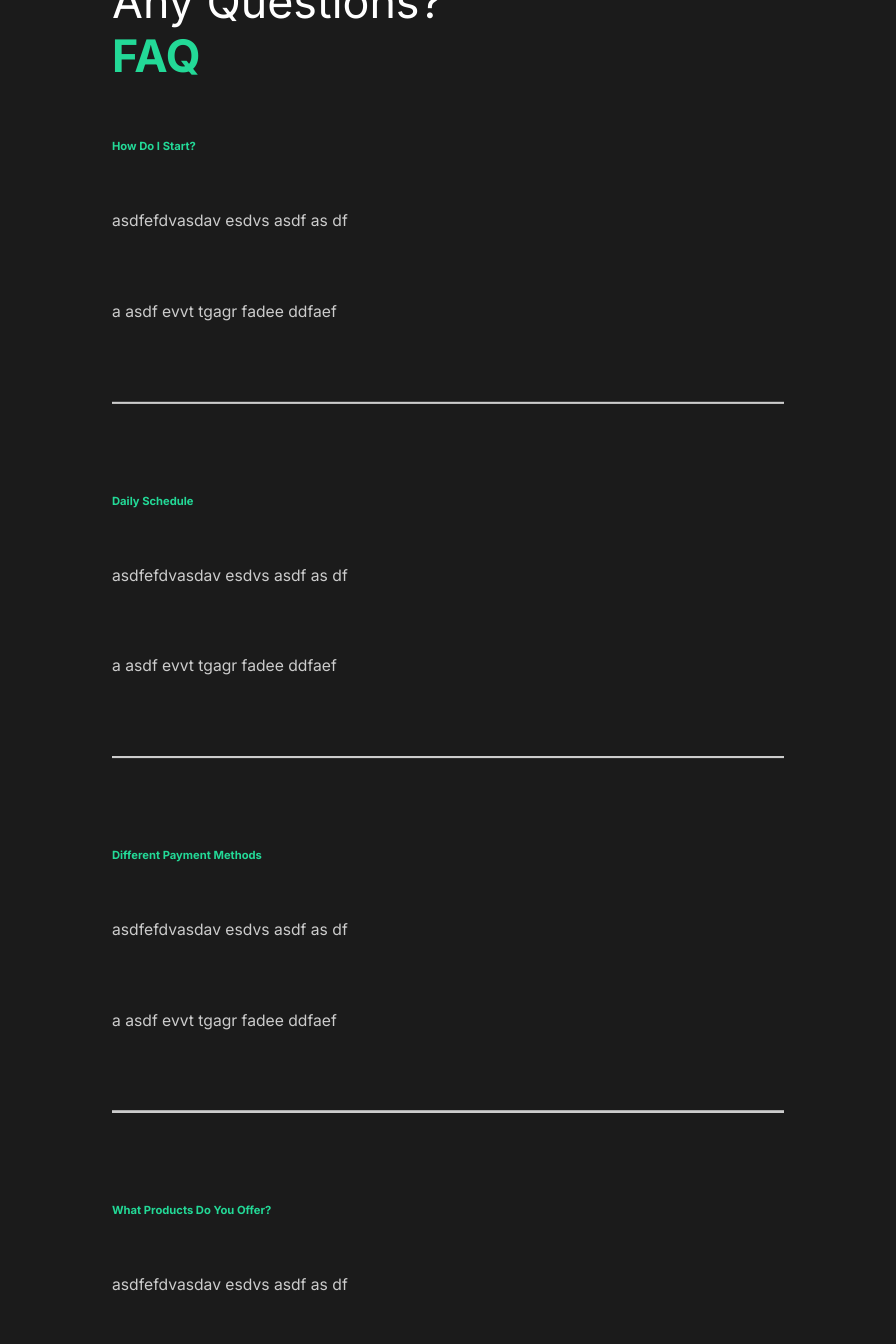
Repository: programmingwithlevi/capture
Page: /
The author's editor kept a copy of each file at every save. The page is drawn from the files as they stood at one save, then again after the next save.
The browser window is 1280 px wide. The pictures show the part of the page from y = 1980 to 3900 px (the page is 4236 px tall before and 2943 px after), at 70% of full size.
The project was rebuilt for these pictures with package versions that can differ from the ones it lists, and the page was loaded fresh each time. Also part of the build but not shown: src/pages/ContactUs.js, src/pages/OurWork.js, src/movieState.js, src/pages/movieDetail.js.

Above is the page before, as saved 2021-12-11 12:38:17.

### public/index.html
<!DOCTYPE html>
<html lang="en">
  <head>
    <meta charset="utf-8" />
    <link rel="icon" href="%PUBLIC_URL%/favicon.ico" />
    <meta name="viewport" content="width=device-width, initial-scale=1" />
    <meta name="theme-color" content="#000000" />
    <meta
      name="description"
      content="Web site created using create-react-app"
    />
    <link rel="preconnect" href="https://fonts.googleapis.com">
<link rel="preconnect" href="https://fonts.gstatic.com" crossorigin>
<link href="https://fonts.googleapis.com/css2?family=Inter:wght@400;700&family=Lato:wght@400;700&display=swap" rel="stylesheet">
<link rel="preconnect" href="https://fonts.googleapis.com">
<link rel="preconnect" href="https://fonts.gstatic.com" crossorigin>
<link href="https://fonts.googleapis.com/css2?family=Inter:wght@400;700&family=Lato:wght@400;700&family=Lobster&display=swap" rel="stylesheet">
    <link rel="apple-touch-icon" href="%PUBLIC_URL%/logo192.png" />
    <!--
      manifest.json provides metadata used when your web app is installed on a
      user's mobile device or desktop. See https://developers.google.com/web/fundamentals/web-app-manifest/
    -->
    <link rel="manifest" href="%PUBLIC_URL%/manifest.json" />
    <!--
      Notice the use of %PUBLIC_URL% in the tags above.
      It will be replaced with the URL of the `public` folder during the build.
      Only files inside the `public` folder can be referenced from the HTML.

      Unlike "/favicon.ico" or "favicon.ico", "%PUBLIC_URL%/favicon.ico" will
      work correctly both with client-side routing and a non-root public URL.
      Learn how to configure a non-root public URL by running `npm run build`.
    -->
    <title>Capture</title>
  </head>
  <body>
    <noscript>You need to enable JavaScript to run this app.</noscript>
    <div id="root"></div>
    <!--
      This HTML file is a template.
      If you open it directly in the browser, you will see an empty page.

      You can add webfonts, meta tags, or analytics to this file.
      The build step will place the bundled scripts into the <body> tag.

      To begin the development, run `npm start` or `yarn start`.
      To create a production bundle, use `npm run build` or `yarn build`.
    -->
  </body>
</html>

### src/index.js
import React from 'react';
import ReactDOM from 'react-dom';

import App from './App';
import reportWebVitals from './reportWebVitals';
import {BrowserRouter} from 'react-router-dom';

ReactDOM.render(
  <React.StrictMode>
    <BrowserRouter>
    <App />
    </BrowserRouter>
  </React.StrictMode>,
  document.getElementById('root')
);

// If you want to start measuring performance in your app, pass a function
// to log results (for example: reportWebVitals(console.log))
// or send to an analytics endpoint. Learn more: https://bit.ly/CRA-vitals
reportWebVitals();

### src/App.js
import React from "react";
//import pages
import AboutUs from '../src/pages/AboutUs';
import GlobalStyle from "./components/GlobalStyle";
import ContactUs from "./pages/ContactUs";
import OurWork from "./pages/OurWork";
import Nav from "./components/Nav";
import MovieDetail from "./pages/MovieDetail";

//router
import {Route,Switch,useLocation} from "react-router-dom";
//animaitom
import {AnimatePresence} from "framer-motion";

function App() {
  const location = useLocation();
  return  (
    <div className="App">

        <GlobalStyle />

        <Nav />
        <AnimatePresence exitBeforeEnter>
        <Switch location={location} key={location.pathname}>
          <Route path="/"  exact>
            <AboutUs />
          </Route>
          <Route path="/work" exact>
            <OurWork />
          </Route>
          <Route path="/work/:id">
            <MovieDetail />
          </Route>
          <Route path="/contact">
            <ContactUs />
          </Route>


        </Switch>
        </AnimatePresence>
    </div>
  );
}

export default App;

### src/pages/AboutUs.js
import React from 'react';
//Page Components
import AboutSection from '../components/AboutSection';
import ServicesSection from '../components/ServicesSection';
import FaqSection from '../components/FaqSection';
//animaiton
import {motion} from "framer-motion";
import {pageAnimation} from '../animations';

const AboutUs = () => {
    return (
   <motion.div
        exit="exit"
        variants={pageAnimation}
        initial="hidden"
        animate="show"
    >
        <AboutSection />
        <ServicesSection />
        <FaqSection />
    </motion.div>
    );

}

export default AboutUs;

### src/components/GlobalStyle.js
import {createGlobalStyle} from 'styled-components';

const GlobalStyle = createGlobalStyle`
*{
   margin: 0;
   padding: 0;
   box-sizing: border-box
}
body{
    background: #1b1b1b;
    font-family: 'Inter', sans-serif;
}
button{
    font-weight: bold;
    font-size: 1.1.rem;
    padding: 1rem 2rem;
    border: 3px solid #23d997;
    background: transparent;
    color: white;
    transition: all 0.5s ease;
    font-family: 'Inter', sans-serif;
    &:hover{
        background-color:  #23d997;
        color: white;
    }

}
h2{
       font-weight: lighter;
       font-size: 4rem;
    }
    h3{
        color: white;
    }
    h4{
        font-weight: bold;
        color: #23d997;
    }
    a{
        font-size: 1.1.rem;
    }
    span{
        font-weight: bold;
        color: #23d997;
    }
    p{
        padding: 3rem 0rem;
        color: #ccc;
        font-size: 1.4rem;
        line-height: 150%;
    }
`;
export default GlobalStyle;

### src/components/Nav.js
import React from 'react';
import styled from 'styled-components';
import {Link} from 'react-router-dom';

const Nav = () => {
    return(
        <StyledNav>
            <h1><Link id="logo" to="/">Capture</Link></h1>
            <ul>
                <li>
                    <Link to="/">1. About Us</Link>
                </li>
                <li>
                    <Link to="/work">2. Our Work</Link>
                </li>
                <li>
                    <Link to="/contact">3. Contact Us</Link>
                </li>
            </ul>
        </StyledNav>
    )
}

const StyledNav = styled.nav`
    min-height: 10vh;
    display: flex;
    margin: auto;
    justify-content: space-between;
    align-items: center;
    padding: 1rem 10rem;
    background: #282828;
    a{
        color: white;
        text-decoration: none;
    }
    ul{
        display: flex;
        list-style: none;
    }
    #logo{
        font-size: 1.8rem;
        font-family: 'Lobster', cursive;
        font-weight: lighter;
    }
    li{
        padding-left: 10rem;
        position: relative;
    }
`;

export default Nav;

### src/components/AboutSection.js
import React from 'react';
import home1 from '../img/home1.png';
import {About,Description,Image,Hide } from '../styles';
//Framer Motion
import {motion} from "framer-motion";
import {titleAnim,fade,photoAnim} from '../animations';
import Wave from './Wave';

const AboutSection = () => {

    return (
        <About>
            <Description>
                <motion.div variants={titleAnim}>
                    <div className="hide">
                        <motion.h2>We work to make</motion.h2>
                    </div>
                    <Hide>
                        <motion.h2>your <span>dreams</span> </motion.h2>
                    </Hide>
                    <Hide>
                        <motion.h2 variants={titleAnim}>come true.</motion.h2>
                    </Hide>
                </motion.div>
                <motion.p variants={fade}>Contact us for any photography or videography ideas that you have. </motion.p>
                <motion.button>Contact Us</motion.button>
            </Description>
            <Image>
                <motion.img variants={photoAnim} src={home1} alt="camera guy"/>

            </Image>
            <Wave />
        </About>
    )
}
//styled components


export default AboutSection;

### src/components/ServicesSection.js
import React from 'react';
//Import Icons
import clock from '../img/clock.svg';
import diaphram from '../img/diaphram.svg';
import money from '../img/money.svg';
import teamwork from '../img/teamwork.svg';
import home2 from '../img/home2.png';
//styles
import {About,Description,Image} from "../styles";
import styled from "styled-components";

const ServicesSection = () => {
    return(
        <About>
            <div className="description">
                <h2>High <span>quality</span> services</h2>
                <Cards>
                    <Card>
                        <div className="icon">
                            <img alt="icon" src={clock} />
                            <h3>Efficient</h3>
                        </div>
                        <p>lorem5 </p>
                    </Card>
                    <Card>
                        <div className="icon">
                            <img alt="icon" src={teamwork} />
                            <h3>Teamwork</h3>
                        </div>
                        <p>lorem5 </p>
                    </Card>
                    <Card>
                        <div className="icon">
                            <img alt="icon" src={diaphram} />
                            <h3>Diaphram</h3>
                        </div>
                        <p>lorem5 </p>
                    </Card>
                    <Card>
                        <div className="icon">
                            <img alt="icon" src={money} />
                            <h3>Affordable</h3>
                        </div>
                        <p>lorem5 </p>
                    </Card>
                </Cards>
            </div>
        <div className="image">
            <img alt="camera" src={home2} />

        </div>
        </About>
    )
}

const Services = styled(About)`
h2{
    padding-bottom: 5rem;
}
p{
    width: 70%;
    padding: 2rem 0rem 4rem 0rem;
}
`;
const Cards = styled.div`
display: flex;
flex-wrap: wrap;
`;
const Card = styled.div`
    flex-basis: 15rem;
    .icon {
        display: flex;
        align-items: center;
        h3 {
            margin-left: 1rem;
            background: white;
            color: black;
            padding: 1rem;
        }
    }
`;

export default ServicesSection;

### src/components/FaqSection.js
import React from 'react';
import styled from 'styled-components';
import {About} from '../styles';
import Toggle from './Toggle';
import {AnimateSharedLayout} from 'framer-motion';

const FaqSection = () => {
    return(
        <Faq>
            <h2>Any Questions? <span>FAQ</span></h2>
            <AnimateSharedLayout>
            <Toggle title="How Do I Start?">

                <div className="answer">
                   <p>asdfefdvasdav esdvs asdf as df</p>
                    <p>a asdf evvt tgagr fadee ddfaef</p>
                </div>

            </Toggle>
            <Toggle title="Daily Schedule">

                <div className="answer">
                   <p>asdfefdvasdav esdvs asdf as df</p>
                    <p>a asdf evvt tgagr fadee ddfaef</p>
                </div>

            </Toggle>
            <Toggle title="Different Payment Methods">

                <div className="answer">
                   <p>asdfefdvasdav esdvs asdf as df</p>
                    <p>a asdf evvt tgagr fadee ddfaef</p>
                </div>

            </Toggle>
            <Toggle title="What Products Do You Offer?">

                <div className="answer">
                   <p>asdfefdvasdav esdvs asdf as df</p>
                    <p>a asdf evvt tgagr fadee ddfaef</p>
                </div>

            </Toggle>
            </AnimateSharedLayout>
        </Faq>
    )
}

const Faq = styled(About)`
    display: block;
    span{
        display: block;
    }
    h2{
        padding-bottom: 2rem;
        font-weight: lighter;
    }
    .faq-line{
        background: #cccccc;
        height: 0.2rem;
        margin: 2rem 0rem;
        width: 100%;
    }
    .question{
        padding: 3rem 0rem;
        cursor: pointer;
    }
    .answer{
        padding: 2rem 0rem;
        p{
            padding: 1rem 0 rem;
        }
    }
`;

export default FaqSection;

### src/animations.js
import { withTheme } from "styled-components";

export const pageAnimation ={
    hidden: {
        opacity: 0,
        y: 300,

    },
    show: {
        opacity: 1,
        y: 0,
        transition: {
            duration: 0.5,
            when: "beforeChildren",
            staggerChildren: 0.25,
        },
    },
    exit: {
        opacity: 0,
        //y: 300,
        transition: {
            duration: 0.5,
        },
    }
}
export const titleAnim = {
    hidden: {y: 200},
    show: {
        y:0,
        transition: {duration: 0.75, ease: "easeOut"},
    }
}
export const fade = {
    hidden: {opacity: 0},
    show: {
        opacity: 1,
        transition: {ease: "easeOut", duration: 0.75},
    }
}
export const photoAnim = {
    hidden: {scale: 1.5, opacity: 0},
    show: {
        scale: 1,
        opacity: 1,
        transition: 'easeOut',
        duration: 0.75,
    }
}
export const lineAnim = {
    hidden: {width: '0%'},
    show: {
        width: '100%',
        transition: {duration: 0.75},
    }
}

export const slider = {
    hidden: {x: '-130%', skew: '45deg'},
    show: {
        x: '100%',
        skew: '0deg',
        transition: {ease: "easeOut", duration: 1 },
    }
}

export const sliderContainer = {
    hidden: {opacity: 1},
    show: {opacity: 1, transition: { staggerChildren: 0.1, ease: 'easeOut'}},
}

### src/styles.js
import styled from "styled-components";

export const About = styled.div`
    min-height: 90vh;
    display: flex;
    align-items: center;
    justify-content: space-between;
    padding: 5rem 10rem;
    color: white;
   //position: center;
    top: 10%;

`;
export const Description = styled.div`
    flex: 1;
    padding-right: 5rem;
    z-index: 2;
    h2{
        font-weight: lighter;
    }
`

export const Image = styled.div`
    flex: 1;
    z-index: 2;
    overflow: hidden;
    img{
        width: 100%;
        height: 80vh;
        object-fit: cover;
    }

`
export const Hide = styled.div`
    overflow: hidden;
    `

### src/components/Wave.js
import React from "react";
import styled from "styled-components";
import {motion} from "framer-motion";

const Wave = () => {
    return(
    <WaveSvg viewBox="0 0 1440 363" fill="none" xmlns="http://www.w3.org/2000/svg">
<motion.path initial={{ pathLength: 0, pathOffset: 1 }}
animate={{ pathLength: 1, pathOffset: 0 }}
transition={{ duration: 1 }}
d="M1440 27.4774C1352.73 19.8184 1122.41 49.0556 899.331 227.276C620.48 450.052 354.282 355.647 170.328 185.318C23.165 49.0556 -4.21721 8.32998 0.487081 5" stroke="#D96ED4" strokeOpacity="0.5" strokeWidth="15"/>
</WaveSvg>);


};

const WaveSvg = styled.svg`
    position: absolute;
    left: 0;
    z-index: 1;
`;
export default Wave;

### src/components/Toggle.js
import { motion } from 'framer-motion';
import React,{useState} from 'react';

const Toggle = ({children,title}) => {
    const [toggle,setToggle] = useState(true);
    return(
        <motion.div layout className="question" onClick={() => setToggle(!toggle)}>
            <motion.h4 layout>{title}</motion.h4>
            {toggle?children:""}
            <div className="faq-line"></div>
        </motion.div>
    )
}
export default Toggle;

Loaded but not shown: src/reportWebVitals.js (common file)

After the next save:
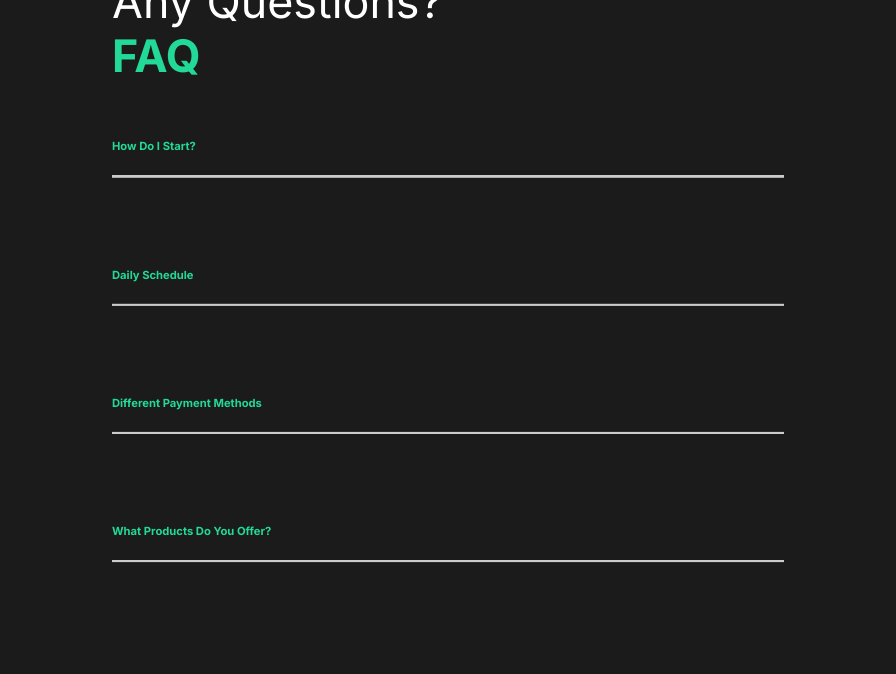
Saved 5 min 1 s later.
--- a/src/components/Toggle.js
+++ b/src/components/Toggle.js
@@ -2,7 +2,7 @@ import { motion } from 'framer-motion';
 import React,{useState} from 'react';
 
 const Toggle = ({children,title}) => {
-    const [toggle,setToggle] = useState(true);
+    const [toggle,setToggle] = useState(false);
     return(
         <motion.div layout className="question" onClick={() => setToggle(!toggle)}>
             <motion.h4 layout>{title}</motion.h4>
